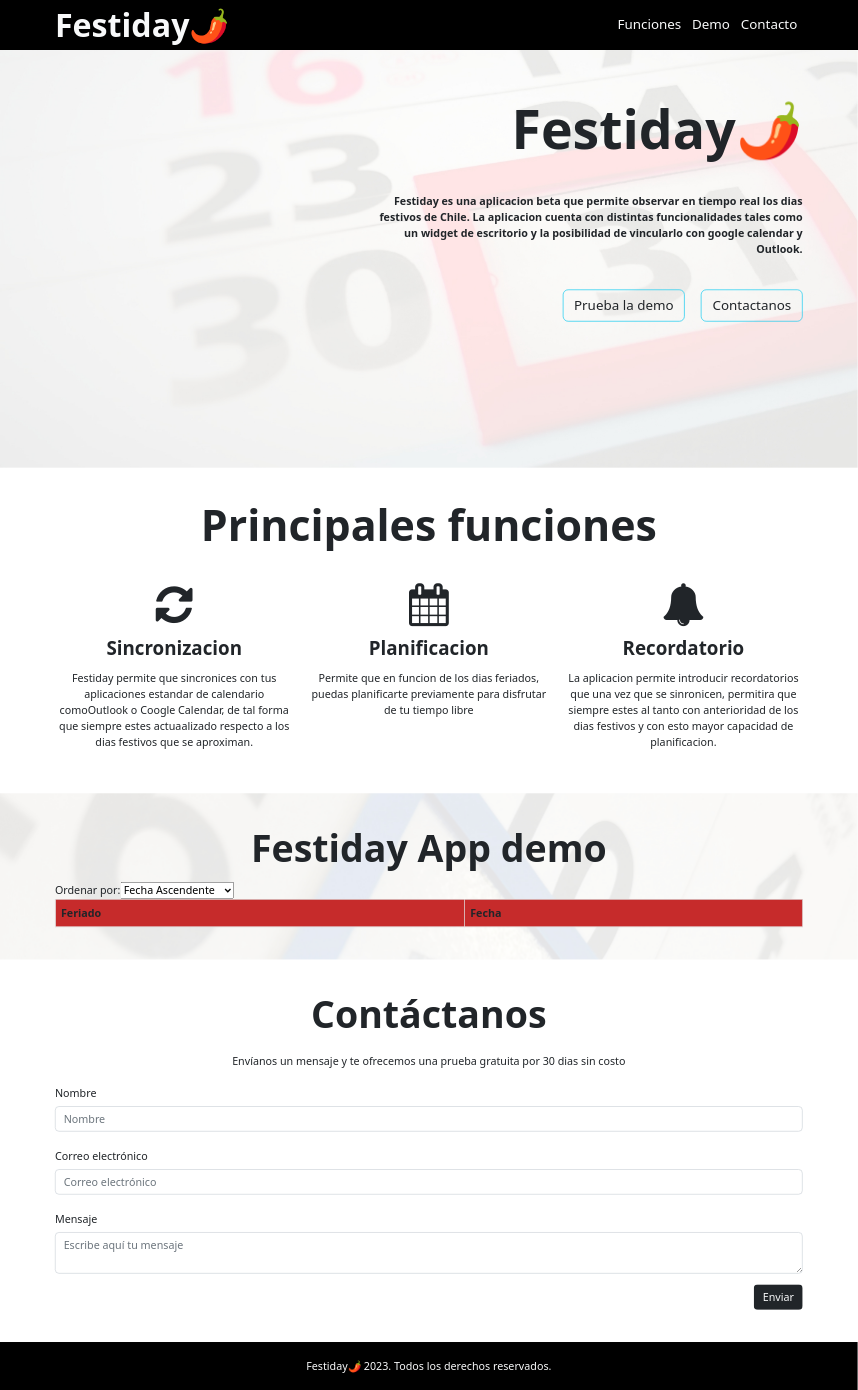
Repository: cvalenciapatagonia/Desafio-4-React-I
Page: /
An editor plug-in stored every save of this project. The page is shown before and after the next save, followed by the edit.
The browser window is 1280 px wide. The pictures show the whole page, at 67% of full size.
The page's requests for data from a server got no answer. The project was rebuilt for these pictures with package versions that can differ from the ones it lists, and the page was loaded fresh each time. No one was signed in, and anything a server would have sent is missing. Also part of the build but not shown: vite.config.js, src/App.css.

Above is the page before, as saved 2023-09-08 16:19:10.

### index.html
<!doctype html>
<html lang="en">
  <head>
    <meta charset="UTF-8" />
    <link rel="icon" type="image/svg+xml" href="/vite.svg" />
    <meta name="viewport" content="width=device-width, initial-scale=1.0" />
    <title>Desafio 4 React I</title>
  </head>
  <body>
    <div id="root">


    </div>
    <script type="module" src="/src/main.jsx"></script>
  </body>
</html>

### src/main.jsx

import React from 'react'
import ReactDOM from 'react-dom/client'
import App from './App.jsx'

import './index.css'


ReactDOM.createRoot(document.getElementById('root')).render(
  <React.StrictMode>
    <App />
  </React.StrictMode>,
)

### src/App.jsx
import React, { useState } from "react";
import "font-awesome/css/font-awesome.css";
import "./App.css";
import "bootstrap/dist/css/bootstrap.min.css";
import MiApi from "./components/MiApi";
import Buscador from "./components/Buscador";

function App() {
  const [sortOption, setSortOption] = useState("asc"); // Estado para almacenar la opción de ordenamiento

  return (
    <div className="App">
      <header>
        {/* BARRA DE NAVEGACION */}
        <nav className="navbar navbar-expand-lg navbar-dark fixed-top navbar-custom">
          <div className="container">
            <p className="display-5 fw-bold text-light logo-img">
              Festiday🌶️ {/* El signo agregado significa "cursando" */}
            </p>{" "}
            <button
              className="navbar-toggler"
              type="button"
              data-bs-toggle="collapse"
              data-bs-target="#navbarTogglerDemo01"
              aria-controls="navbarTogglerDemo01"
              aria-expanded="false"
              aria-label="Toggle navigation"
            >
              <span className="navbar-toggler-icon"></span>
            </button>
            <div className="collapse navbar-collapse" id="navbarTogglerDemo01">
              <a className="navbar-brand" href="#"></a>
              <ul className="navbar-nav ms-auto mb-2 mb-lg-0 fs-5">
                <li className="nav-item">
                  <a
                    className="nav-link active text-light"
                    aria-current="page"
                    href="#Acerca-de-mi"
                  >
                    Funciones
                  </a>
                </li>
                <li className="nav-item">
                  <a
                    className="nav-link active text-light"
                    href="#Mis-proyectos"
                  >
                    Demo
                  </a>
                </li>
                <li className="nav-item">
                  <a className="nav-link active text-light" href="#Contacto">
                    Contacto
                  </a>
                </li>
              </ul>
            </div>
          </div>
        </nav>
        {/* Fin de la barra de navegación */}
      </header>

      <section id="Hero-Section" className="text-dark text-end py-5 mt-5">
        <div className="container">
          <div className="ms-auto col-12 col-md-7">
            <h1 className="display-1 fw-bold my-5">
              Festiday🌶️ {/* El signo agregado significa "cursando" */}
            </h1>
            <p className="my-5 fw-bold">
              Festiday es una aplicacion beta que permite observar en tiempo
              real los dias festivos de Chile. La aplicacion cuenta con
              distintas funcionalidades tales como un widget de escritorio y la
              posibilidad de vincularlo con google calendar y Outlook.
            </p>
            <div className="mb-5 pb-5">
              <a
                className="btn btn-lg btn-outline-info text-dark me-4"
                href="#Mis-proyectos"
              >
                Prueba la demo
              </a>
              <a
                className="btn btn-lg btn-outline-info text-dark"
                href="#Contacto"
              >
                Contactanos
              </a>
            </div>
          </div>
        </div>
      </section>

      {/* ACERCA DE MI */}
      <section id="Acerca-de-mi" className="container text-center my-5">
        <h2 className="display-3 fw-bold my-4 mb-5">Principales funciones</h2>

        <div className="row">
          <div className="col-12 col-md-4">
            <i className="fa fa-refresh fa-4x"></i>
            <h3 className="my-3 fw-bold">Sincronizacion</h3>
            <p className="my-3">
              Festiday permite que sincronices con tus aplicaciones estandar de
              calendario comoOutlook o Coogle Calendar, de tal forma que siempre
              estes actuaalizado respecto a los dias festivos que se aproximan.
            </p>
          </div>
          <div className="col-12 col-md-4">
            <i className="fa fa-calendar fa-4x"></i>
            <h3 className="my-3 fw-bold">Planificacion</h3>
            <p className="my-3">
              Permite que en funcion de los dias feriados, puedas planificarte
              previamente para disfrutar de tu tiempo libre
            </p>
          </div>
          <div className="col-12 col-md-4">
            <i className="fa fa-bell fa-4x"></i>
            <h3 className="my-3 fw-bold">Recordatorio</h3>
            <p className="my-3">
              La aplicacion permite introducir recordatorios que una vez que se
              sinronicen, permitira que siempre estes al tanto con anterioridad
              de los dias festivos y con esto mayor capacidad de planificacion.
            </p>
          </div>
        </div>
      </section>
      {/* Fin de ACERCA DE MI */}

      {/* MIS PROYECTOS */}
      <section id="Mis-proyectos" className="my-5 p-5">
        <div className="container">
          <h2 className="display-4 fw-bold text-center text-dark mb-3">
            Festiday App demo
          </h2>
          <Buscador onSortChange={setSortOption} />
          <MiApi
            apiURL="https://api.victorsanmartin.com/feriados/en.json"
            sortOption={sortOption}
          />

          <div className="row"></div>
        </div>
      </section>
      {/* Fin de MIS PROYECTOS */}

      {/* CONTACTAME */}
      <section id="Contacto" >
        <div className="form-container container my-5">
        <h2 className="display-4 fw-bold text-center my-4">Contáctanos</h2>

        <p className="text-center my-4 d-none d-md-block">
          Envíanos un mensaje y te ofrecemos una prueba gratuita por 30 dias sin
          costo
        </p>

        <form>
          <div className="form-group mb-4">
            <label className="mb-2">Nombre</label>
            <input className="form-control" placeholder="Nombre" />
          </div>

          <div className="form-group mb-4">
            <label className="mb-2">Correo electrónico</label>
            <input className="form-control" placeholder="Correo electrónico" />
          </div>

          <div className="form-group">
            <label className="mb-2">Mensaje</label>
            <textarea
              className="form-control"
              placeholder="Escribe aquí tu mensaje"
            ></textarea>
          </div>

          <div className="my-3 text-end">
            <button className="btn bg-dark text-light">Enviar</button>
          </div>
        </form>
        </div>
      </section>
      {/* Fin de CONTACTAME */}

      {/* FOOTER */}
      <footer className="text-center text-light p-4">
        <p className="mb-0">
          Festiday🌶️ 2023. Todos los derechos reservados.
        </p>
      </footer>
      {/* Fin de FOOTER */}
    </div>
  );
}

export default App;

{
  /* <h1>Feriados en Chile</h1> */
}
{
  /* Pasa el estado y la función de cambio de ordenamiento al componente Buscador */
}

### src/index.css
h1 {
  font-size: 3.2em;
  line-height: 1.1;
}

table {
  width: 100%;
  border-collapse: collapse;
}

table th,
table td {
  text-align: start;
  padding: 8px;
  border: 1px solid #ddd;
}

table th {
  background-color: rgb(198, 43, 43);
  font-weight: bold;
}

.navbar-custom {
  background-color: rgb(0, 0, 0);
}

.logo-img {
  margin: 0;
  padding: 0;
}

@media (max-width: 576px) {
  .img-logo {
    height: 150px;
    width: 250px;
  }
}

#Hero-Section {
  background-repeat: no-repeat;
  background-size: cover;
  background-position: left;
  height: 650px;
  background-image: url(./assets/img/bg1.jpg);
}

#Mis-proyectos{
  background-image: url(./assets/img/bg2.jpg);
  background-repeat: no-repeat;
  background-size: cover;
  background-position: left;
}

footer {
  background-color: black;
}

.button-custom {
  background-color: black;
}

.subtitulo2 {
  display: inline;
  font-size: 2em;
}

@media only screen and (max-width: 576px) {
  .subtitulo2 {
    font-size: 1.2rem;
    line-height: 1.2;
  }
}

### src/components/MiApi.jsx
import React, { useEffect, useState } from 'react';
import moment from 'moment';

function MiApi({ apiURL, sortOption }) {
  const [holidays, setHolidays] = useState([]);
  const [sortedHolidays, setSortedHolidays] = useState([]);

  useEffect(() => {
    fetch(apiURL)
      .then((response) => response.json())
      .then((data) => {
        if (data.status === 'success') {
          setHolidays(data.data);
        }
      })
      .catch((error) => {
        console.error('Error al obtener datos de la API de feriados de Chile:', error);
      });
  }, [apiURL]);

  useEffect(() => {
    const sortHolidays = () => {
      const sorted = [...holidays];
      if (sortOption === 'asc') {
        sorted.sort((a, b) => moment(a.date).diff(moment(b.date)));
      } else if (sortOption === 'desc') {
        sorted.sort((a, b) => moment(b.date).diff(moment(a.date)));
      } else if (sortOption === 'month') {
        sorted.sort((a, b) => moment(a.date).month() - moment(b.date).month());
      }
      setSortedHolidays(sorted);
    };

    sortHolidays();
  }, [sortOption, holidays]);

  return (
    <div className="MiApi">
      <table>
        <thead>
          <tr>
            <th>Feriado</th>
            <th>Fecha</th>
          </tr>
        </thead>
        <tbody>
          {sortedHolidays.map((holiday) => (
            <tr key={holiday.date}>
              <td>{holiday.title}</td>
              <td>{holiday.date}</td>
            </tr>
          ))}
        </tbody>
      </table>
    </div>
  );
}

export default MiApi;

### src/components/Buscador.jsx
import React, { useState } from 'react';

function Buscador({ onSortChange }) {
  const [sortOption, setSortOption] = useState('asc'); // Opción de ordenamiento predeterminada

  const handleSortChange = (e) => {
    const selectedOption = e.target.value;
    setSortOption(selectedOption);
    onSortChange(selectedOption);
  };

  return (
    <div className="Buscador">
      <label htmlFor="sortSelect">Ordenar por:</label>
      <select id="sortSelect" value={sortOption} onChange={handleSortChange}>
        <option value="asc">Fecha Ascendente</option>
        <option value="desc">Fecha Descendente</option>
        <option value="month">Por Mes</option>
      </select>
    </div>
  );
}

export default Buscador;

After the next save:
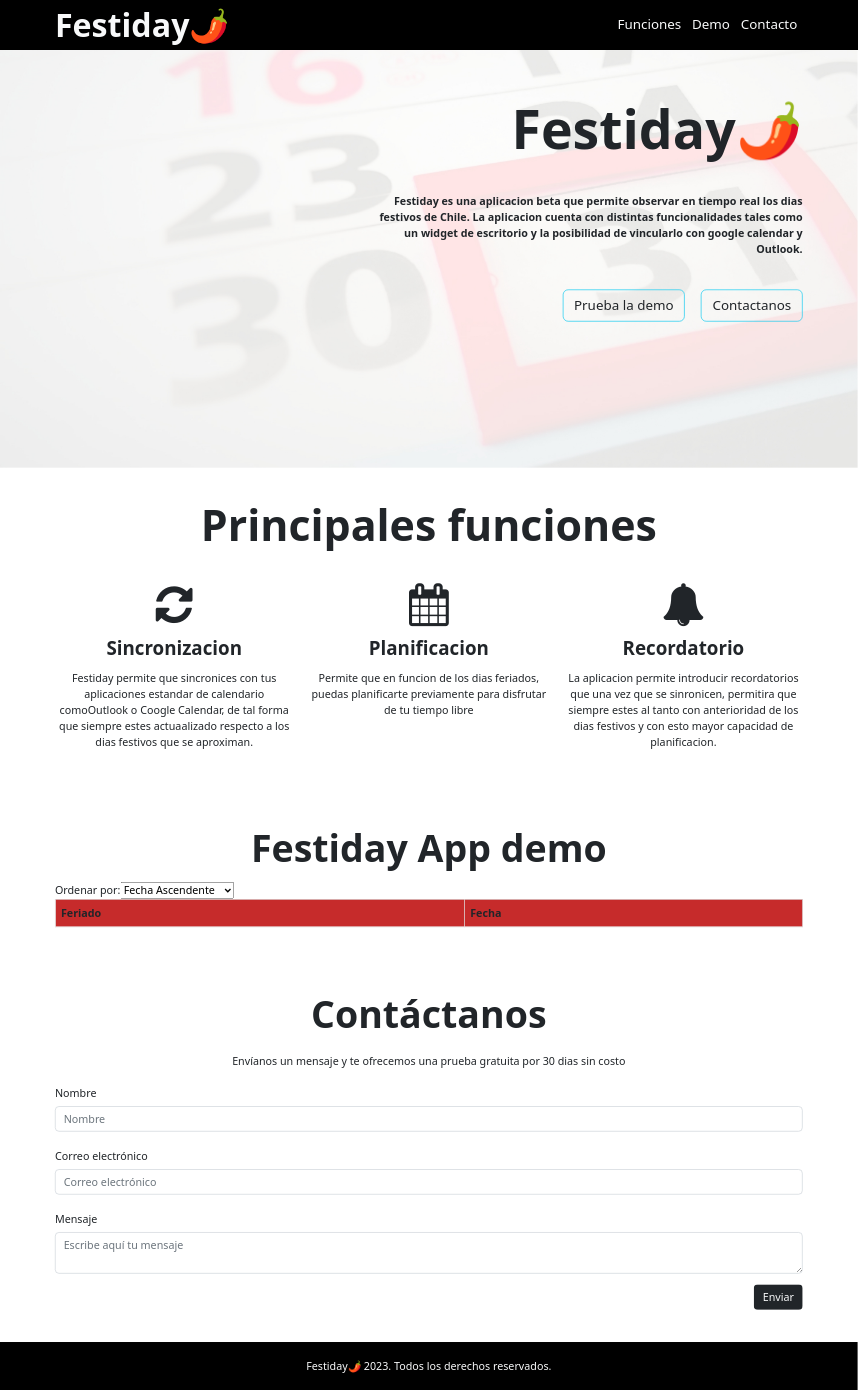
Saved 3 min 4 s later.
--- a/src/index.css
+++ b/src/index.css
@@ -44,7 +44,7 @@ table th {
   background-image: url(./assets/img/bg1.jpg);
 }
 
-#Mis-proyectos{
+#app-demo {
   background-image: url(./assets/img/bg2.jpg);
   background-repeat: no-repeat;
   background-size: cover;

After the save that followed:
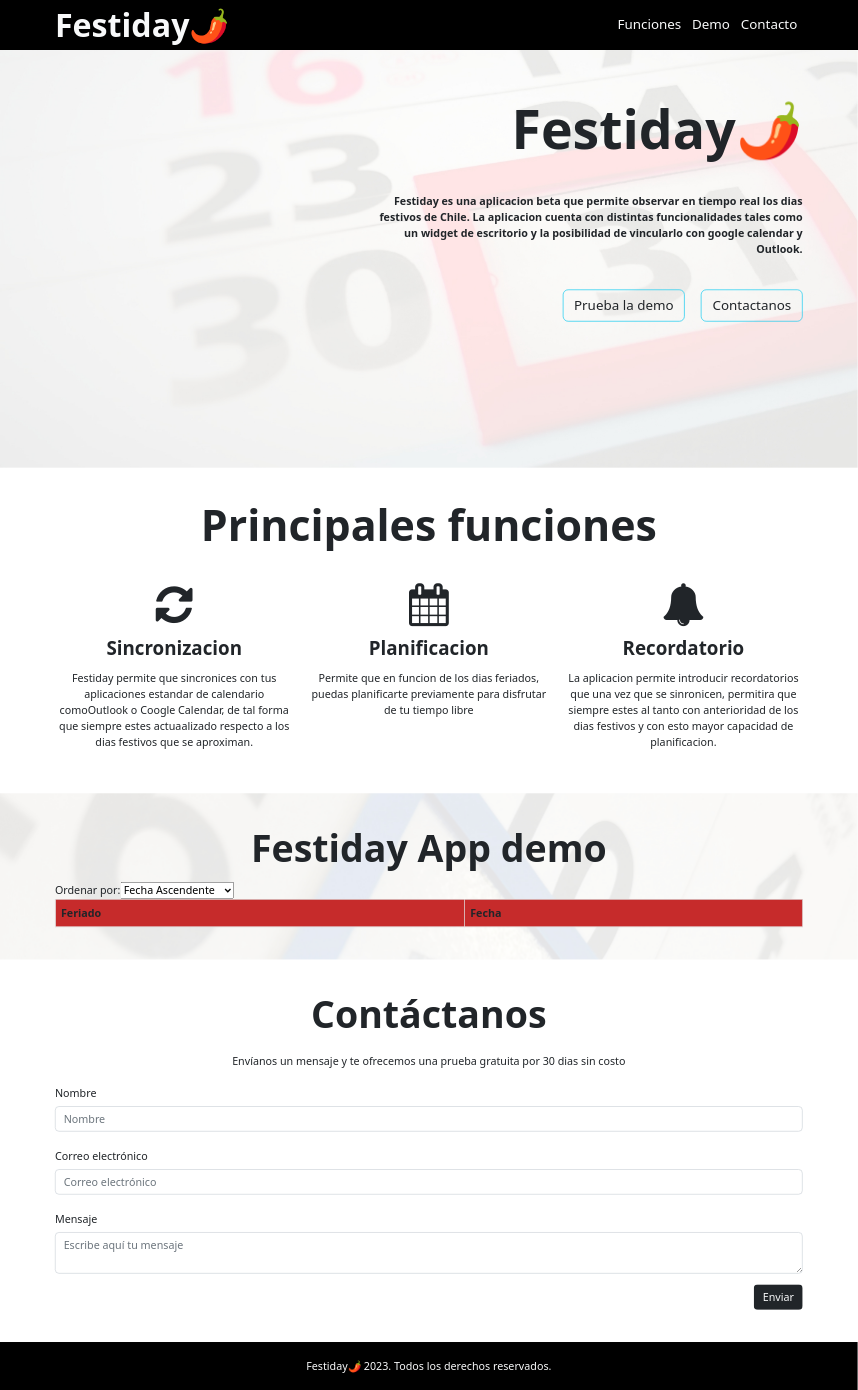
Saved 9 s later.
--- a/src/App.jsx
+++ b/src/App.jsx
@@ -43,7 +43,7 @@ function App() {
                 <li className="nav-item">
                   <a
                     className="nav-link active text-light"
-                    href="#Mis-proyectos"
+                    href="#app-demo"
                   >
                     Demo
                   </a>
@@ -75,7 +75,7 @@ function App() {
             <div className="mb-5 pb-5">
               <a
                 className="btn btn-lg btn-outline-info text-dark me-4"
-                href="#Mis-proyectos"
+                href="#app-demo"
               >
                 Prueba la demo
               </a>
@@ -125,8 +125,8 @@ function App() {
       </section>
       {/* Fin de ACERCA DE MI */}
 
-      {/* MIS PROYECTOS */}
-      <section id="Mis-proyectos" className="my-5 p-5">
+      {/* APP DEMO */}
+      <section id="app-demo" className="my-5 p-5">
         <div className="container">
           <h2 className="display-4 fw-bold text-center text-dark mb-3">
             Festiday App demo
@@ -140,50 +140,51 @@ function App() {
           <div className="row"></div>
         </div>
       </section>
-      {/* Fin de MIS PROYECTOS */}
+      {/* Fin de APP DEMO */}
 
       {/* CONTACTAME */}
-      <section id="Contacto" >
+      <section id="Contacto">
         <div className="form-container container my-5">
-        <h2 className="display-4 fw-bold text-center my-4">Contáctanos</h2>
-
-        <p className="text-center my-4 d-none d-md-block">
-          Envíanos un mensaje y te ofrecemos una prueba gratuita por 30 dias sin
-          costo
-        </p>
-
-        <form>
-          <div className="form-group mb-4">
-            <label className="mb-2">Nombre</label>
-            <input className="form-control" placeholder="Nombre" />
-          </div>
-
-          <div className="form-group mb-4">
-            <label className="mb-2">Correo electrónico</label>
-            <input className="form-control" placeholder="Correo electrónico" />
-          </div>
-
-          <div className="form-group">
-            <label className="mb-2">Mensaje</label>
-            <textarea
-              className="form-control"
-              placeholder="Escribe aquí tu mensaje"
-            ></textarea>
-          </div>
-
-          <div className="my-3 text-end">
-            <button className="btn bg-dark text-light">Enviar</button>
-          </div>
-        </form>
+          <h2 className="display-4 fw-bold text-center my-4">Contáctanos</h2>
+
+          <p className="text-center my-4 d-none d-md-block">
+            Envíanos un mensaje y te ofrecemos una prueba gratuita por 30 dias
+            sin costo
+          </p>
+
+          <form>
+            <div className="form-group mb-4">
+              <label className="mb-2">Nombre</label>
+              <input className="form-control" placeholder="Nombre" />
+            </div>
+
+            <div className="form-group mb-4">
+              <label className="mb-2">Correo electrónico</label>
+              <input
+                className="form-control"
+                placeholder="Correo electrónico"
+              />
+            </div>
+
+            <div className="form-group">
+              <label className="mb-2">Mensaje</label>
+              <textarea
+                className="form-control"
+                placeholder="Escribe aquí tu mensaje"
+              ></textarea>
+            </div>
+
+            <div className="my-3 text-end">
+              <button className="btn bg-dark text-light">Enviar</button>
+            </div>
+          </form>
         </div>
       </section>
       {/* Fin de CONTACTAME */}
 
       {/* FOOTER */}
       <footer className="text-center text-light p-4">
-        <p className="mb-0">
-          Festiday🌶️ 2023. Todos los derechos reservados.
-        </p>
+        <p className="mb-0">Festiday🌶️ 2023. Todos los derechos reservados.</p>
       </footer>
       {/* Fin de FOOTER */}
     </div>
